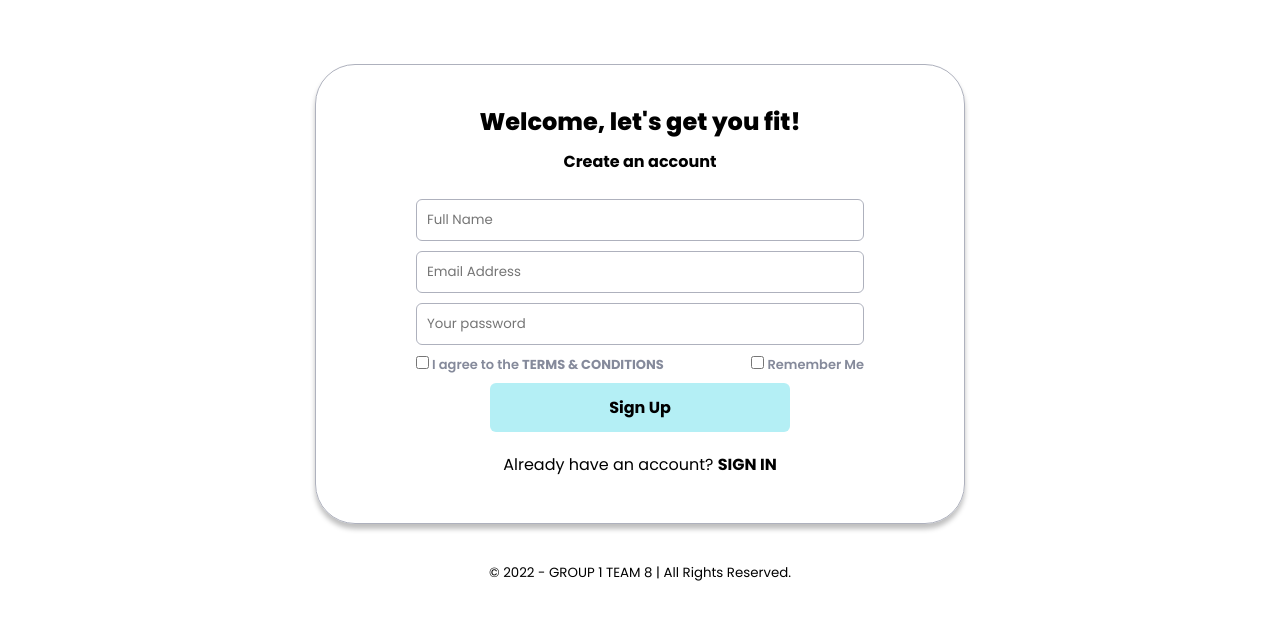
Repository: Rellzcodez/Group1-Team8
Page: pages/signup.html
The author's editor kept a copy of each file at every save. The page is drawn from the files as they stood at one save, then again after a run of saves.
The browser window is 1280 px wide. The pictures show the whole page.

Above is the page before, as saved 2022-09-12 13:51:00.

### pages/signup.html
<!DOCTYPE html>
<html lang="en">
    <head>
        <meta charset="UTF-8">
        <meta http-equiv="X-UA-Compatible" content="IE=edge">
        <meta name="viewport" content="width=device-width, initial-scale=1.0">
        <link rel="stylesheet" href="/css/signup.css">
        <link rel="preconnect" href="https://fonts.googleapis.com">
        <link rel="preconnect" href="https://fonts.gstatic.com" crossorigin>
        <link href="https://fonts.googleapis.com/css2?family=Poppins:wght@100&display=swap" rel="stylesheet">
        <link rel="shortcut icon" href="/images/favicon-32x32.png" type="image/x-icon">
        <title>SIGN UP</title>
    </head>
    <body>

        <div class="form-container">
            <div class="form-container-desc">
                <h1>Welcome, let's get you fit!</h1>
                <p><b>Create an account</b></p>
            </div>
            <form>
                <div class="input-group">
                    <input type="text" placeholder="Full Name" id="fullname" required>
                    <i class='bx bxs-contact'></i>
                </div>

                <div  class="input-group">
                    <input type="email" placeholder="Email Address" id="emailAddress" required>
                    <i class='bx bx-envelope'></i>
                </div>

                <div  class="input-group">
                    <input type="password" pattern=".{8,}" id="password" placeholder="Your password" required>
                    <i class='bx bx-lock-alt' ></i>
                </div>

                <div class="terms">
                    <label class="checkbox_label" for="terms">
                        <input type="checkbox" id="terms" name="terms">
                     I agree to the <b>TERMS & CONDITIONS</b>
                    </label>
                    <label class="checkbox_label" for="remember_me">
                        <input type="checkbox" id="remember_me" name="terms"> Remember Me</label>
                </div>

                <a href="#"><button type="submit" class="signup"><b>Sign Up</b></button></a>

            <p  class="cta">Already have an account? <a class="a" href="signin.html"><b>SIGN IN</b></a> </p>

            </form>
        </div>

        <footer>
            <small class="footer-small">&copy; 2022 - GROUP 1 TEAM 8 | All Rights Reserved.</small>
        </footer>
    </body>

</html>

### css/signup.css
@import url("https://fonts.googleapis.com/css2?family=Poppins:wght@400;600;700;800&display=swap");

*{
    padding: 0;
    margin: 0;
    box-sizing: border-box;
}

body{
    place-items: center;
    align-items: center;
    font-family: 'Poppins', sans-serif;
}
button, input, a{
    font-family: 'Poppins', sans-serif;
}
h1 {
    font-weight: 800;
    padding-top: 2%;
}

p {
    font-weight: 700;
    margin: 10px auto 20px;
}

.form-container{
    background: rgba(255, 255, 255, 0.82);
    border: 1px solid #AEB1BD;
    box-shadow: 0px 5px 5px rgba(0, 0, 0, 0.25);
    border-radius: 40px;
    margin: 5% auto;
    width: 650px;
    height: 460px;
    padding: 30px 100px;
}

.form-container .form-container-desc,
form{
    text-align: center;
}
.form-container-desc h1{
    font-size: 24px;
}
form div{
    padding: 5px 0;
}

form label{
    color: #fff;
    display: block;
    padding-bottom: 3px;
    color: #858A9B;

}

form input:not([type='checkbox']) {
    border: 1px solid #D9D9D9;
    outline: none;
    padding: 10px 10px;
    width: 100%;
    border-radius: 2px;
    color: #858A9B;
}
input{
    margin: 0 auto;
}
#fullname, #emailAddress, #password {
    outline: none;
    border-radius: 6px;
    border: 1px solid #AEB1BD;
    width: 100%;
    transition: all .3s ease;
}

.checkbox_label{
    display: inline;
}

.terms{
    display: flex;
    justify-content: space-between;
    font-weight: 600;
    font-size: 13px;
    padding-bottom: 5px;
}



form input:focus{
    outline: 1px solid cyan;
}
.signup {
    padding: 12px 0;
    width: 300px;
    text-align: center;
    color: #000;
    border-radius: 6px;
    cursor: pointer;
    transition: all .3s ease;
    border: none;
    font-size: 16px;
    font-weight: 500;
    background: #B4EFF5;
    margin-bottom: 20px;
    }
    .signup:hover{
        color: #fff;
        background: #343C59;
    }

.a{text-decoration: none;
    color: black;}

.cta{
    font-weight: inherit;
    margin: 0 auto;
}

        .signup:active {
            background-color: #858A9B;
        }

        .signup:disabled {
            background-color: #CED0D7;
        }

        .sign:hover {
            color: rgb(255, 255, 255);
        }

        .sign:active {
            color: rgb(255, 255, 255);
        }

        .cta a:hover {
            color: #858A9B;
        }

        .a:hover {
            color: #858A9B;
        }

        .a:active {
            color: #858A9B;
        }

.footer-small{
    display: flex;
    justify-content: center;
    font-family: 'Poppins', sans-serif;
    margin-top: -25px;
}

After the next 3 saves:
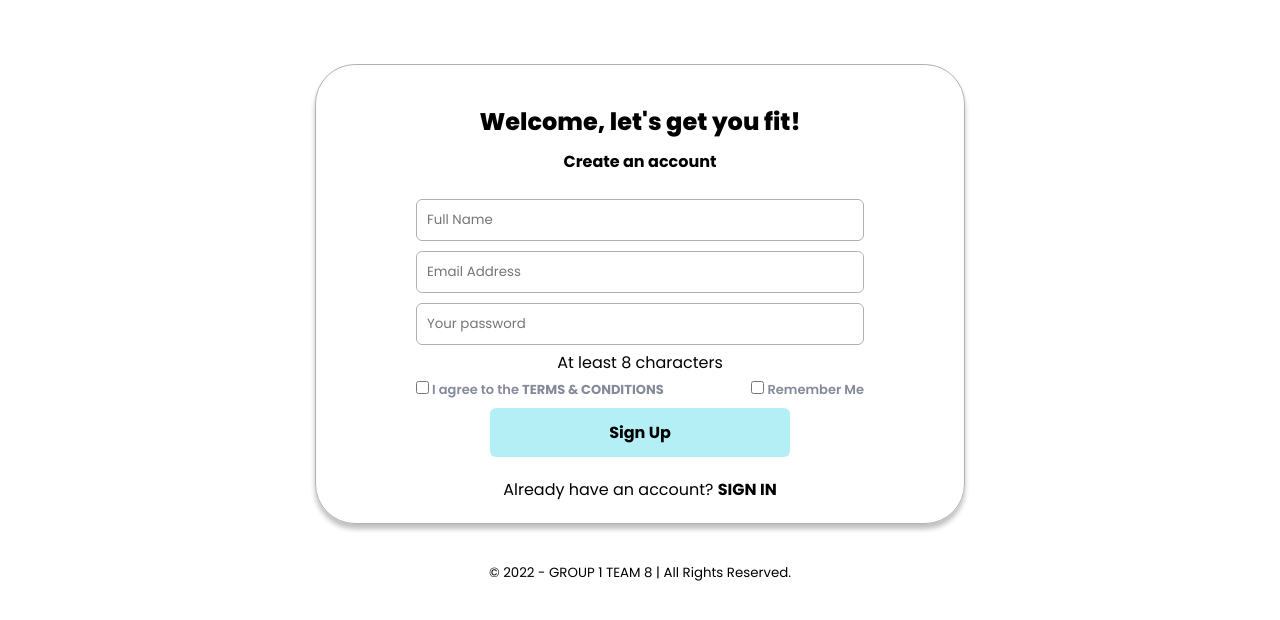
The 3 saves are shown as one change because they came seconds apart.
The last was saved 30 s later.
--- a/pages/signup.html
+++ b/pages/signup.html
@@ -33,6 +33,7 @@
                     <input type="password" pattern=".{8,}" id="password" placeholder="Your password" required>
                     <i class='bx bx-lock-alt' ></i>
                 </div>
+                <span class="help-text">At least 8 characters</span>
 
                 <div class="terms">
                     <label class="checkbox_label" for="terms">
